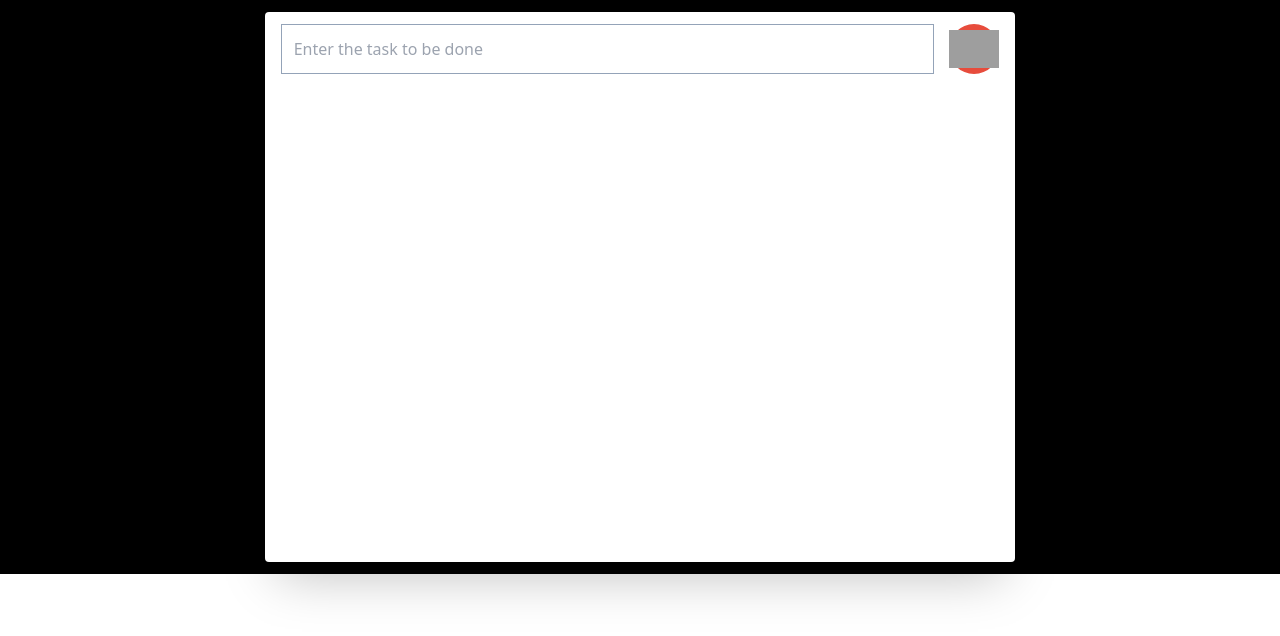
Repository: duttasayan835/todo-app-with-React-and-tailwind-CSS
Page: /
These files come from the project's save history. The page is drawn as it stood at one moment and after the next save; the edit follows.
The browser window is 1280 px wide. The pictures show the whole page.
Pictures or frames that could not be fetched are drawn as grey boxes. The project was rebuilt for these pictures with package versions that can differ from the ones it lists, and the page was loaded fresh each time. Also part of the build but not shown: src/Components/Item.jsx.

Above is the page before, as saved 2024-06-12 13:59:48.

### src/App.js
import { useState } from "react";
import Box from "./Components/Box";
import Input from "./Components/Input";

function App() {
  const [todos, setTodo] = useState([]);

  const removeTodo = (id) => {
    const newTodos = todos.filter((d, index) => {
      if (index !== id) {
        return true;
      } else {
        return false;
      }
    });
    setTodo(newTodos);
  };

  const addToDoHandler = (item) => {
    setTodo([
      ...todos,
      {
        item,
        time: new Date().toLocaleTimeString(),
      },
    ]);
  };
  return (
    <div className="h-[50%] p-3 bg-black ">
      <div className="max-w-[750px] min-h-[550px] shadow-2xl bg-white mx-auto rounded">
        <Input handler={addToDoHandler} />
        <Box data={todos} removeHandler={removeTodo} />
      </div>
    </div>
  );
}
export default App;

### src/Components/Box.jsx
import React from "react";
import Item from "./Item";

export default function Box(props) {
  const items = props.data.map((singleData, index) => {
    return (
      <Item
        removeHandler={props.removeHandler}
        key={index}
        id={index}
        item={singleData.item}
        time={singleData.time}
      />
    );
  });
  return (
    <div className="p-3">
      {items}
      {/* <Item />
      <Item />
      <Item />
      <Item />
      <Item />
      <Item />
      <Item /> */}
    </div>
  );
}

### src/Components/Input.jsx
import React, { useRef } from "react";

export default function Input(props) {
  const inputBox = useRef();
  return (
    <div className="flex justify-around gap-2 p-3">
      <input
        placeholder="Enter the task to be done"
        className=" w-[90%] p-3 border border-slate-400 focus:outline-none"
        type="text"
        aria-label="INPUT-TASK"
        ref={inputBox}
      />
      <div
        className="cursor-pointer w-[50px] h-[50px] bg-[#e74c3c] text-white text-3xl rounded-[50%] flex justify-center items-center"
        onClick={() => {
          props.handler(inputBox.current.value);
          inputBox.current.value = "";
        }}
      >
        <img
          src="https://cdn4.iconfinder.com/data/icons/ios-optimized-1/30/add__create__new__addition__buttons__more__round-1024.png"
          alt="add"
        />
      </div>
    </div>
  );
}

Loaded but not shown: public/index.html (common file); src/index.js (common file); src/index.css (common file); src/reportWebVitals.js (common file); tailwind.config.js (common file)

After the next save:
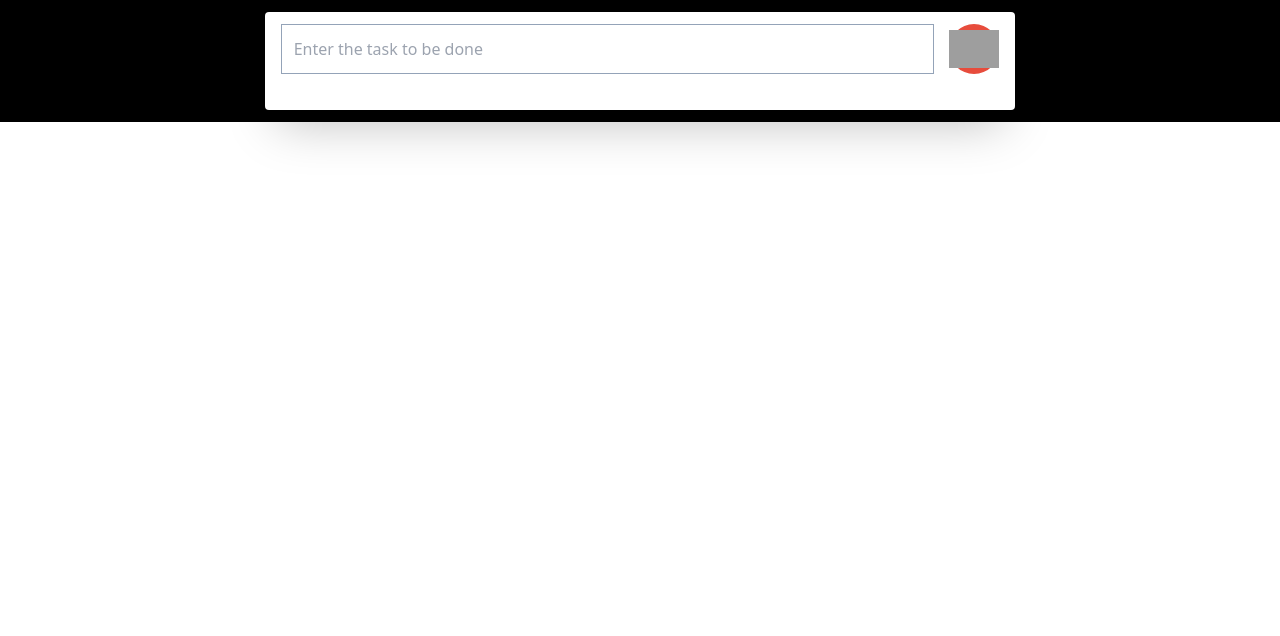
Saved 29 s later.
--- a/src/App.js
+++ b/src/App.js
@@ -27,7 +27,7 @@ function App() {
   };
   return (
     <div className="h-[50%] p-3 bg-black ">
-      <div className="max-w-[750px] min-h-[550px] shadow-2xl bg-white mx-auto rounded">
+      <div className="max-w-[750px] max-h-[550px] shadow-2xl bg-white mx-auto rounded">
         <Input handler={addToDoHandler} />
         <Box data={todos} removeHandler={removeTodo} />
       </div>
